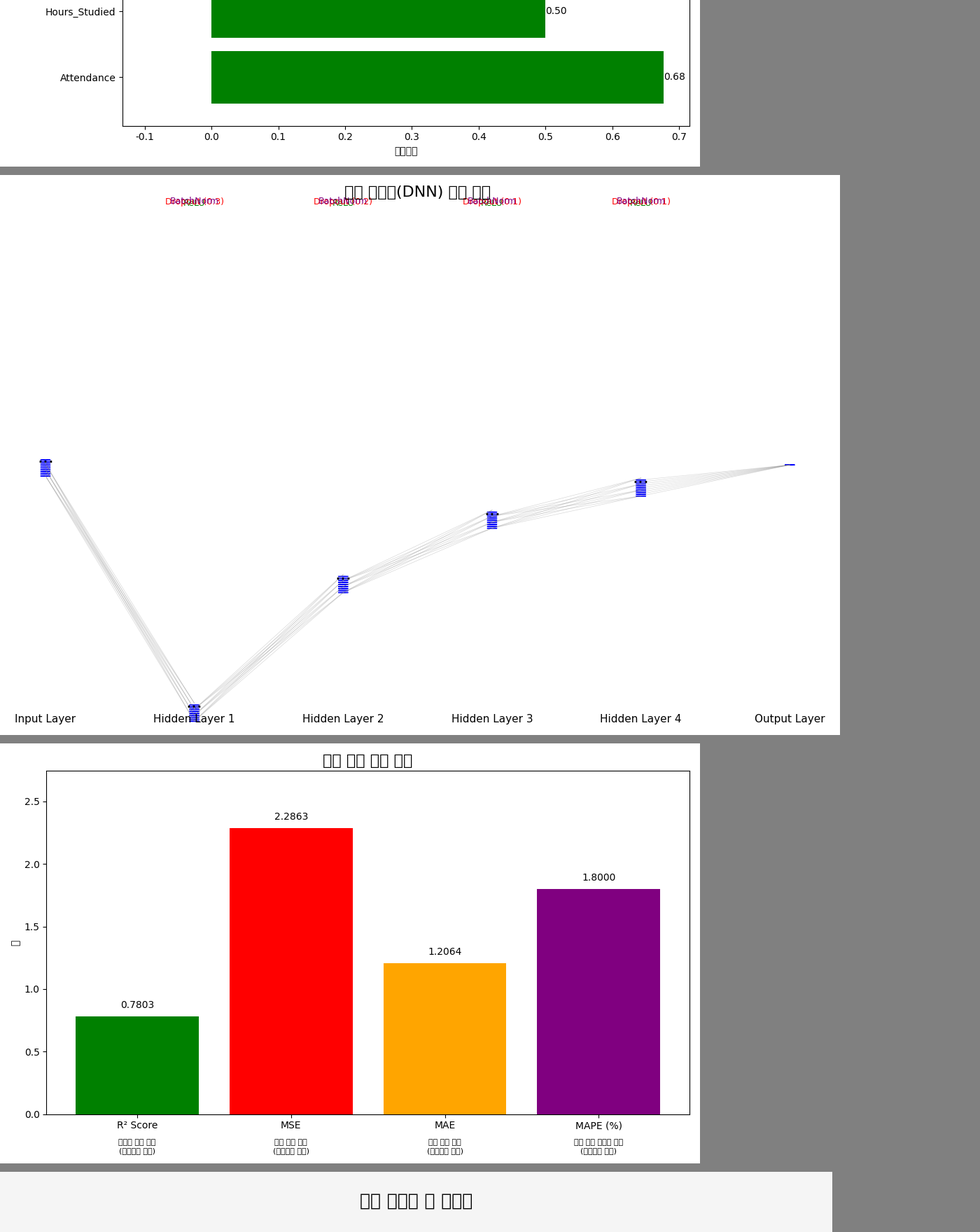
Repository: dldnwls07/BigDataStudy
Script's output: python src/visualization/create_presentation_visuals_fixed.py
These files come from the project's save history. The script's output is drawn as it stood at one moment and after the next save; the edit follows.
The pictures show rows 2754 to 4514 of an output 5830 px tall, at 70% of full size.
Each picture stacks the figures in order, with grey between them; figures that are only written to a file come last. The script is stopped after its 8th figure. Figures wider than 1,400 px are first shrunk to that width. Random numbers start from a fixed seed.

Above is the script's output before, as saved 2025-06-19 21:28:48.

### src/visualization/create_presentation_visuals_fixed.py
import pandas as pd
import matplotlib.pyplot as plt
import matplotlib.font_manager as fm
import seaborn as sns
import numpy as np
import os
import sys
import io

# 한글 출력을 위한 인코딩 설정
sys.stdout = io.TextIOWrapper(sys.stdout.buffer, encoding='utf-8')

# 한글 폰트 설정
# Windows 기본 폰트인 맑은 고딕 사용
plt.rcParams['font.family'] = 'Malgun Gothic'
plt.rcParams['axes.unicode_minus'] = False  # 마이너스 기호 깨짐 방지

# 출력 디렉토리 생성
output_dir = "output/picture/presentation"
os.makedirs(output_dir, exist_ok=True)

# 데이터 불러오기
try:
    train_data = pd.read_csv("data/processed_data/TrainFactors.csv")
    test_data = pd.read_csv("data/processed_data/TestFactors.csv")
    print("데이터 로드 완료")
except Exception as e:
    print(f"데이터 로드 중 오류 발생: {e}")

# 데이터셋 기본 통계량 시각화
def create_dataset_summary(data, output_path):
    try:
        # 수치형 변수만 선택
        numeric_data = data.select_dtypes(include=['number'])

        # 기본 통계량 계산 및 소수점 자리 제한
        stats = numeric_data.describe().T.round(3)  # 소수점 3자리로 제한
        stats['missing'] = numeric_data.isnull().sum()
        stats['dtype'] = numeric_data.dtypes

        # 컬럼 이름을 더 짧게 수정
        stats = stats.rename_axis("변수명")

        # 그림 크기 설정 (더 넓게 조정)
        plt.figure(figsize=(16, 10))
        ax = plt.subplot(111)
        ax.axis('off')

        # 테이블 생성
        table_data = stats.reset_index()
        table_cols = ['변수명', 'count', 'mean', 'std', 'min', '25%', '50%', '75%', 'max', 'missing', 'dtype']

        # 테이블 텍스트 데이터 처리 (긴 문자열 줄임 처리)
        cell_text = []
        for row in table_data[table_cols].values:
            cell_text.append([str(x)[:10] if isinstance(x, str) and len(str(x)) > 10 else x for x in row])

        table = ax.table(cellText=cell_text,
                         colLabels=table_cols,
                         loc='center',
                         cellLoc='center')

        # 테이블 스타일 설정
        table.auto_set_font_size(False)
        table.set_fontsize(8)  # 글자 크기 줄임
        table.scale(1.2, 2.0)  # 가로와 세로 비율 늘림

        # 컬럼 너비 조정
        cell_dict = table.get_celld()
        for i in range(0, len(table_cols)):
            cell_dict[(0, i)].set_height(0.15)
            cell_dict[(0, i)].set_fontsize(9)
            cell_dict[(0, i)].set_text_props(weight='bold')

        # 데이터가 10개 이상이면 일부만 표시
        max_rows = 10
        if len(table_data) > max_rows:
            plt.figtext(0.5, 0.01, f"* 전체 {len(table_data)}개 변수 중 상위 {max_rows}개만 표시됨", ha='center', fontsize=9)

        plt.title('데이터셋 기본 통계량', fontsize=16)
        plt.tight_layout(rect=[0, 0.03, 1, 0.97])  # 여백 조정
        plt.savefig(output_path, dpi=300, bbox_inches='tight')
        plt.close()
        print(f"1. 데이터셋 기본 통계량 시각화 완료: {output_path}")
    except Exception as e:
        print(f"데이터셋 기본 통계량 시각화 중 오류 발생: {e}")

# 데이터 분포 시각화
def create_distribution_plots(data, output_path):
    try:
        # 수치형 변수 선택
        numeric_cols = data.select_dtypes(include=['number']).columns

        # 변수 수에 따라 행과 열 계산
        n_cols = len(numeric_cols)
        n_rows = (n_cols // 3) + (1 if n_cols % 3 > 0 else 0)

        # 그래프 생성
        fig, axes = plt.subplots(n_rows, 3, figsize=(15, n_rows * 4))
        axes = axes.flatten()

        for i, col in enumerate(numeric_cols):
            if i < len(axes):
                sns.histplot(data[col], kde=True, ax=axes[i])
                axes[i].set_title(f'{col} 분포')
                axes[i].set_xlabel(col)
                axes[i].set_ylabel('빈도')

        # 남은 축 숨기기
        for i in range(len(numeric_cols), len(axes)):
            axes[i].axis('off')

        plt.tight_layout()
        plt.savefig(output_path, dpi=300)
        plt.close()
        print(f"2. 데이터 분포 시각화 완료: {output_path}")
    except Exception as e:
        print(f"데이터 분포 시각화 중 오류 발생: {e}")

# 데이터 처리 과정 시각화
def create_data_pipeline_visualization(output_path):
    try:
        plt.figure(figsize=(12, 6))
        ax = plt.subplot(111)

        # 파이프라인 단계들
        steps = ['원본 데이터\nStudentPerformanceFactors.csv',
                 '중요 요인 추출\nImportantFactors.csv',
                 '이상치 제거\nImportantFactors_no_outliers.csv',
                 '데이터 분할\nTrainFactors.csv\nTestFactors.csv']

        # 박스 위치
        positions = np.arange(len(steps)) * 3

        # 박스 그리기
        for i, (pos, step) in enumerate(zip(positions, steps)):
            rect = plt.Rectangle((pos, 0.5), 2, 1, facecolor='skyblue', alpha=0.8)
            ax.add_patch(rect)
            ax.text(pos + 1, 1, step, ha='center', va='center', fontsize=10)

            # 화살표 그리기
            if i < len(steps) - 1:
                ax.arrow(pos + 2.1, 1, 0.8, 0, head_width=0.1, head_length=0.1,
                         fc='black', ec='black')

        ax.set_xlim(-0.5, max(positions) + 2.5)
        ax.set_ylim(0, 2)
        ax.set_aspect('equal')
        ax.axis('off')

        plt.title('데이터 처리 파이프라인', fontsize=16)
        plt.tight_layout()
        plt.savefig(output_path, dpi=300)
        plt.close()
        print(f"3. 데이터 처리 과정 시각화 완료: {output_path}")
    except Exception as e:
        print(f"데이터 처리 과정 시각화 중 오류 발생: {e}")

# 변수 중요도 시각화
def create_feature_importance_visualization(data, output_path):
    try:
        # 범주형 변수 처리 (범주형 변수가 있을 경우에만 실행)
        categorical_cols = data.select_dtypes(include=['object']).columns

        # 데이터 복사본 생성
        data_encoded = data.copy()

        # 범주형 변수 인코딩
        for col in categorical_cols:
            if col in data.columns:
                # 범주형 변수 처리
                if col == 'Learning_Disabilities':
                    data_encoded[col] = data_encoded[col].map({'Yes': 1, 'No': 0})
                elif col in ['Parental_Involvement', 'Motivation_Level', 'Access_to_Resources']:
                    data_encoded[col] = data_encoded[col].map({'High': 2, 'Medium': 1, 'Low': 0})

        # 결측값 처리
        data_encoded = data_encoded.select_dtypes(include=['number']).fillna(0)

        # 상관관계 계산
        target = 'Exam_Score'
        if target in data_encoded.columns:
            correlations = data_encoded.corr()[target].sort_values(ascending=False)
            correlations = correlations.drop(target)  # 타겟 변수 자신 제거

            # 상위 10개 변수 선택 (또는 전체 변수가 10개 미만이면 전체 사용)
            top_count = min(10, len(correlations))
            top_correlations = correlations.abs().nlargest(top_count)
            top_features = top_correlations.index

            plt.figure(figsize=(10, 8))
            colors = ['green' if c > 0 else 'red' for c in correlations[top_features]]

            # 바 차트 생성
            bars = plt.barh(top_features, correlations[top_features], color=colors)

            # 바 위에 값 표시
            for bar in bars:
                width = bar.get_width()
                label_x_pos = width if width > 0 else width - 0.05
                plt.text(label_x_pos, bar.get_y() + bar.get_height()/2, f'{width:.2f}',
                         va='center', ha='left' if width > 0 else 'right', color='black')

            plt.title('시험 점수와 주요 변수들의 상관관계', fontsize=16)
            plt.xlabel('상관계수')
            plt.tight_layout()
            plt.savefig(output_path, dpi=300)
            plt.close()
            print(f"4. 변수 중요도 시각화 완료: {output_path}")
        else:
            print(f"타겟 변수 '{target}'가 데이터에 없습니다")
    except Exception as e:
        print(f"변수 중요도 시각화 중 오류 발생: {e}")

# 신경망 모델 구조 시각화
def create_neural_network_architecture(output_path):
    try:
        plt.figure(figsize=(12, 8))
        ax = plt.subplot(111)

        # 레이어와 노드 수 정의
        layers = [
            {'name': 'Input Layer', 'nodes': 12},  # 입력 변수 수는 데이터에 맞게 조정
            {'name': 'Hidden Layer 1', 'nodes': 256},
            {'name': 'Hidden Layer 2', 'nodes': 128},
            {'name': 'Hidden Layer 3', 'nodes': 64},
            {'name': 'Hidden Layer 4', 'nodes': 32},
            {'name': 'Output Layer', 'nodes': 1}
        ]

        # 각 레이어 위치 계산
        layer_width = 1.5
        x_positions = [i * layer_width * 2 for i in range(len(layers))]
        max_nodes = max(layer['nodes'] for layer in layers)

        # 레이어와 노드 그리기
        for i, (x, layer) in enumerate(zip(x_positions, layers)):
            # 레이어 이름
            ax.text(x, -0.5, layer['name'], ha='center', fontsize=11)

            # 노드 그리기 (일부 노드만 그리고 나머지는 생략 표시)
            max_visible_nodes = 10
            nodes_to_draw = min(layer['nodes'], max_visible_nodes)

            for j in range(nodes_to_draw):
                # 노드 위치 계산 (중앙 정렬)
                y = (max_nodes - layer['nodes']) / 2 + j
                if nodes_to_draw < layer['nodes'] and j == nodes_to_draw - 1:
                    # 생략 표시
                    ax.text(x, y, '...', ha='center', va='center', fontsize=18)
                else:
                    # 노드 그리기
                    circle = plt.Circle((x, y), 0.1, facecolor='skyblue', edgecolor='blue')
                    ax.add_patch(circle)

                # 이전 레이어와 연결선 그리기 (첫 번째 레이어 제외)
                if i > 0:
                    prev_layer = layers[i-1]
                    prev_x = x_positions[i-1]
                    prev_nodes_to_draw = min(prev_layer['nodes'], max_visible_nodes)

                    for k in range(prev_nodes_to_draw):
                        prev_y = (max_nodes - prev_layer['nodes']) / 2 + k
                        if prev_nodes_to_draw < prev_layer['nodes'] and k == prev_nodes_to_draw - 1:
                            continue  # 생략된 노드는 연결선 그리지 않음

                        # 모든 연결을 그리면 복잡해지므로 일부만 그림
                        if (j % 3 == 0 and k % 3 == 0) or (i == len(layers) - 1):
                            ax.plot([prev_x, x], [prev_y, y], 'gray', alpha=0.3, linewidth=0.5)

            # 활성화 함수와 Dropout 표시
            if 0 < i < len(layers) - 1:
                ax.text(x, max_nodes + 0.5, 'ReLU', ha='center', color='green', fontsize=9)
                ax.text(x, max_nodes + 1, f'Dropout ({0.3 if i==1 else 0.2 if i==2 else 0.1})', ha='center', color='red', fontsize=9)
                ax.text(x, max_nodes + 1.5, 'BatchNorm', ha='center', color='purple', fontsize=9)

        ax.set_xlim(-0.5, max(x_positions) + 0.5)
        ax.set_ylim(-1, max_nodes + 2)
        ax.axis('off')

        plt.title('심층 신경망(DNN) 모델 구조', fontsize=16)
        plt.tight_layout()
        plt.savefig(output_path, dpi=300)
        plt.close()
        print(f"5. 신경망 모델 구조 시각화 완료: {output_path}")
    except Exception as e:
        print(f"신경망 모델 구조 시각화 중 오류 발생: {e}")

# 모델 성능 평가 지표 시각화
def create_model_performance_visualization(output_path):
    try:
        # 성능 지표 (실제 값으로 대체)
        metrics = {
            'R² Score': 0.7803,
            'MSE': 2.2863,
            'MAE': 1.2064,
            'MAPE (%)': 1.80
        }

        plt.figure(figsize=(10, 6))

        # 바 차트 생성
        bars = plt.bar(metrics.keys(), metrics.values(), color=['green', 'red', 'orange', 'purple'])

        # 바 위에 값 표시
        for bar in bars:
            height = bar.get_height()
            plt.text(bar.get_x() + bar.get_width()/2., height + 0.05,
                    f'{height:.4f}', ha='center', va='bottom')

        plt.title('모델 성능 평가 지표', fontsize=16)
        plt.ylabel('값')
        plt.ylim(0, max(metrics.values()) * 1.2)  # 여유 공간 확보

        # 각 지표에 대한 설명 추가
        descriptions = {
            'R² Score': '설명된 분산 비율\n(높을수록 좋음)',
            'MSE': '평균 제곱 오차\n(낮을수록 좋음)',
            'MAE': '평균 절대 오차\n(낮을수록 좋음)',
            'MAPE (%)': '평균 절대 백분율 오차\n(낮을수록 좋음)'
        }

        for i, (metric, desc) in enumerate(descriptions.items()):
            plt.annotate(desc, xy=(i, 0), xytext=(i, -0.2),
                       ha='center', va='top', fontsize=8)

        plt.tight_layout()
        plt.savefig(output_path, dpi=300)
        plt.close()
        print(f"6. 모델 성능 평가 지표 시각화 완료: {output_path}")
    except Exception as e:
        print(f"모델 성능 평가 지표 시각화 중 오류 발생: {e}")

# 주요 발견점 및 시사점 인포그래픽
def create_key_findings_visualization(output_path):
    try:
        plt.figure(figsize=(12, 8))
        ax = plt.subplot(111)
        ax.axis('off')

        # 배경색 설정
        fig = plt.gcf()
        fig.patch.set_facecolor('#f5f5f5')

        # 제목
        plt.text(0.5, 0.95, '주요 발견점 및 시사점', fontsize=18, ha='center', weight='bold')

        # 주요 발견점
        findings = [
            "공부 시간은 성적과 강한 양의 상관관계 (r=0.65)",
            "이전 시험 성적은 현재 성적의 가장 강력한 예측 변수 (r=0.78)",
            "높은 학습 의욕은 성적 향상에 중요한 요소",
            "학습 자원 접근성이 높을수록 성적이 좋음",
            "부모 참여도가 높을수록 공부 시간 효율이 증가"
        ]

        # 교육적 시사점
        implications = [
            "학생 의욕 고취 및 자원 접근성 개선이 중요",
            "가정-학교 연계 프로그램 개발 필요",
            "초기 학업 부진 학생 조기 식별 및 개입",
            "맞춤형 학습 지원 시스템 개발 가능성",
            "데이터 기반 교육 의사결정의 효과 입증"
        ]

        # 왼쪽 컬럼: 주요 발견점
        plt.text(0.25, 0.85, '주요 발견점', fontsize=14, ha='center', weight='bold')
        for i, finding in enumerate(findings):
            y_pos = 0.8 - i * 0.07
            plt.text(0.05, y_pos, f"• {finding}", fontsize=11, ha='left')

        # 오른쪽 컬럼: 교육적 시사점
        plt.text(0.75, 0.85, '교육적 시사점', fontsize=14, ha='center', weight='bold')
        for i, implication in enumerate(implications):
            y_pos = 0.8 - i * 0.07
            plt.text(0.55, y_pos, f"• {implication}", fontsize=11, ha='left')

        # 하단: 모델 성능 요약
        plt.text(0.5, 0.45, '모델 성능', fontsize=14, ha='center', weight='bold')
        plt.text(0.5, 0.4, 'R² = 0.78, MAPE = 1.80%의 높은 예측 정확도', fontsize=12, ha='center')

        # 분할선
        plt.axhline(y=0.5, xmin=0.05, xmax=0.95, color='gray', alpha=0.3, linestyle='-')
        plt.axvline(x=0.5, ymin=0.55, ymax=0.9, color='gray', alpha=0.3, linestyle='-')

        # 결론
        plt.text(0.5, 0.35, '결론', fontsize=14, ha='center', weight='bold')
        plt.text(0.5, 0.3, '학생 성적은 다양한 요인들의 복합적 영향을 받으며,', fontsize=11, ha='center')
        plt.text(0.5, 0.25, '이를 통합적으로 고려한 데이터 기반 교육 지원이 필요하다.', fontsize=11, ha='center')
        plt.text(0.5, 0.2, '심층 신경망 기반 예측 모델은 학생 성취도 예측에 높은 정확도를 보여,', fontsize=11, ha='center')
        plt.text(0.5, 0.15, '개인화된 학습 지원 시스템 구축의 가능성을 제시한다.', fontsize=11, ha='center')

        plt.tight_layout()
        plt.savefig(output_path, dpi=300, bbox_inches='tight')
        plt.close()
        print(f"7. 주요 발견점 및 시사점 인포그래픽 완료: {output_path}")
    except Exception as e:
        print(f"주요 발견점 및 시사점 인포그래픽 생성 중 오류 발생: {e}")

# 학습 데이터와 테스트 데이터의 분포 비교
def create_train_test_distribution_comparison(train_data, test_data, output_path):
    try:
        plt.figure(figsize=(10, 6))

        # 히스토그램 그리기
        plt.hist(train_data['Exam_Score'], bins=20, alpha=0.5, label='학습 데이터', color='blue')
        plt.hist(test_data['Exam_Score'], bins=20, alpha=0.5, label='테스트 데이터', color='orange')

        plt.title('학습 데이터와 테스트 데이터의 시험 점수 분포 비교', fontsize=14)
        plt.xlabel('시험 점수')
        plt.ylabel('빈도')
        plt.legend()
        plt.grid(True, alpha=0.3)

        plt.tight_layout()
        plt.savefig(output_path, dpi=300)
        plt.close()
        print(f"8. 학습/테스트 데이터 분포 비교 완료: {output_path}")
    except Exception as e:
        print(f"학습/테스트 데이터 분포 비교 생성 중 오류 발생: {e}")

# 실행
if __name__ == "__main__":
    try:
        # 1. 데이터셋 기본 통계량
        create_dataset_summary(train_data, f"{output_dir}/dataset_summary.png")

        # 2. 변수 분포 히스토그램
        create_distribution_plots(train_data, f"{output_dir}/variable_distributions.png")

        # 3. 데이터 처리 과정 시각화
        create_data_pipeline_visualization(f"{output_dir}/data_pipeline.png")

        # 4. 변수 중요도 시각화
        create_feature_importance_visualization(train_data, f"{output_dir}/feature_importance.png")

        # 5. 신경망 구조 시각화
        create_neural_network_architecture(f"{output_dir}/neural_network_architecture.png")

        # 6. 모델 성능 평가 지표
        create_model_performance_visualization(f"{output_dir}/model_performance.png")

        # 7. 주요 발견점 및 시사점
        create_key_findings_visualization(f"{output_dir}/key_findings.png")

        # 8. 학습/테스트 데이터 분포 비교
        create_train_test_distribution_comparison(train_data, test_data, f"{output_dir}/train_test_distribution.png")

        print("모든 시각화 생성 완료!")
    except Exception as e:
        print(f"실행 중 오류 발생: {e}")

Loaded but not shown: data/processed_data/TrainFactors.csv (5203 lines, source omitted); data/processed_data/TestFactors.csv (1302 lines, source omitted)

After the next save:
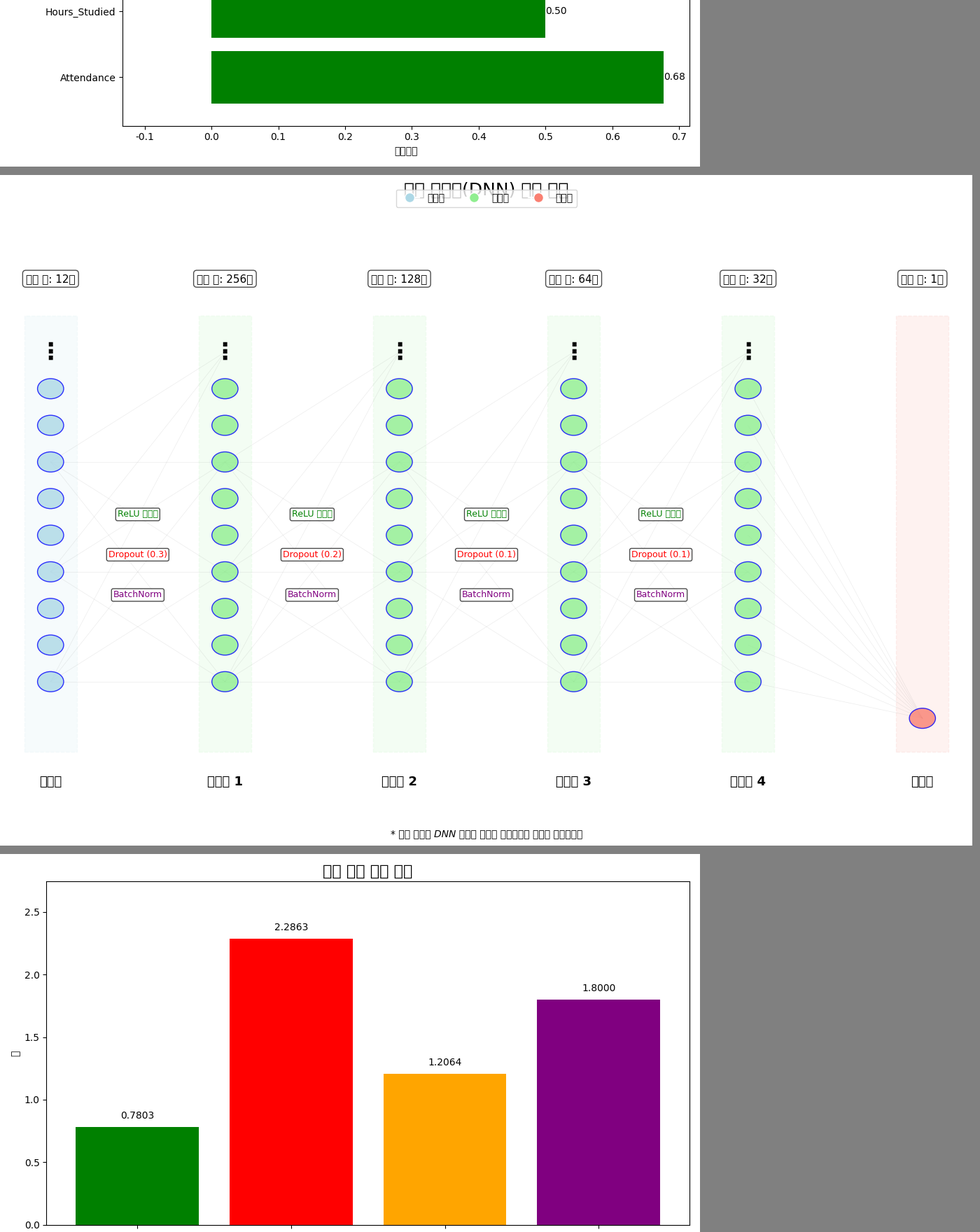
Saved 90 s later.
--- a/src/visualization/create_presentation_visuals_fixed.py
+++ b/src/visualization/create_presentation_visuals_fixed.py
@@ -215,42 +215,67 @@ def create_feature_importance_visualization(data, output_path):
 # 신경망 모델 구조 시각화
 def create_neural_network_architecture(output_path):
     try:
-        plt.figure(figsize=(12, 8))
+        plt.figure(figsize=(14, 10))  # 더 큰 그림 크기
         ax = plt.subplot(111)
 
         # 레이어와 노드 수 정의
         layers = [
-            {'name': 'Input Layer', 'nodes': 12},  # 입력 변수 수는 데이터에 맞게 조정
-            {'name': 'Hidden Layer 1', 'nodes': 256},
-            {'name': 'Hidden Layer 2', 'nodes': 128},
-            {'name': 'Hidden Layer 3', 'nodes': 64},
-            {'name': 'Hidden Layer 4', 'nodes': 32},
-            {'name': 'Output Layer', 'nodes': 1}
+            {'name': '입력층', 'nodes': 12, 'color': 'lightblue'},  # 입력 변수 수는 데이터에 맞게 조정
+            {'name': '은닉층 1', 'nodes': 256, 'color': 'lightgreen'},
+            {'name': '은닉층 2', 'nodes': 128, 'color': 'lightgreen'},
+            {'name': '은닉층 3', 'nodes': 64, 'color': 'lightgreen'},
+            {'name': '은닉층 4', 'nodes': 32, 'color': 'lightgreen'},
+            {'name': '출력층', 'nodes': 1, 'color': 'salmon'}
         ]
 
-        # 각 레이어 위치 계산
-        layer_width = 1.5
+        # 각 레이어 위치 계산 (수평 간격 확대)
+        layer_width = 2.0  # 레이어 간 간격 증가
         x_positions = [i * layer_width * 2 for i in range(len(layers))]
-        max_nodes = max(layer['nodes'] for layer in layers)
-
-        # 레이어와 노드 그리기
+
+        # 노드 표시를 위한 높이 계산
+        max_visible_nodes = 10  # 실제로 그릴 최대 노드 수
+
+        # 일관된 간격을 위해 고정된 높이 사용
+        display_height = 12  # 고정된 표시 높이
+        node_radius = 0.3    # 노드 크기 증가
+
+        # 레이어별 박스 그리기
         for i, (x, layer) in enumerate(zip(x_positions, layers)):
-            # 레이어 이름
-            ax.text(x, -0.5, layer['name'], ha='center', fontsize=11)
+            # 레이어 이름 (아래에 배치)
+            ax.text(x, -2.0, layer['name'], ha='center', fontsize=13, weight='bold')
+
+            # 레이어 배경박스 그리기 (옵션)
+            box_width = 1.2
+            box_height = display_height + 1
+            rect = plt.Rectangle((x-box_width/2, -1), box_width, box_height,
+                                fill=True, alpha=0.1, color=layer['color'],
+                                edgecolor='gray', linestyle='--')
+            ax.add_patch(rect)
+
+            # 노드 수 텍스트 표시
+            ax.text(x, display_height + 1, f'노드 수: {layer["nodes"]}개',
+                    ha='center', fontsize=11, bbox=dict(facecolor='white', alpha=0.7, boxstyle='round,pad=0.3'))
 
             # 노드 그리기 (일부 노드만 그리고 나머지는 생략 표시)
-            max_visible_nodes = 10
             nodes_to_draw = min(layer['nodes'], max_visible_nodes)
 
+            # 노드 간 간격 계산 (더 넓게)
+            if nodes_to_draw <= 1:
+                spacing = 0
+            else:
+                spacing = display_height / (nodes_to_draw + 1)
+
             for j in range(nodes_to_draw):
-                # 노드 위치 계산 (중앙 정렬)
-                y = (max_nodes - layer['nodes']) / 2 + j
+                # 노드 위치 계산 (균등 간격)
+                y = spacing * (j + 1)
+
                 if nodes_to_draw < layer['nodes'] and j == nodes_to_draw - 1:
                     # 생략 표시
-                    ax.text(x, y, '...', ha='center', va='center', fontsize=18)
+                    ax.text(x, y, '⋮', ha='center', va='center', fontsize=24, weight='bold')
                 else:
-                    # 노드 그리기
-                    circle = plt.Circle((x, y), 0.1, facecolor='skyblue', edgecolor='blue')
+                    # 노드 그리기 (크기 증가)
+                    circle = plt.Circle((x, y), node_radius, facecolor=layer['color'],
+                                      edgecolor='blue', alpha=0.8, zorder=10)
                     ax.add_patch(circle)
 
                 # 이전 레이어와 연결선 그리기 (첫 번째 레이어 제외)
@@ -259,28 +284,57 @@ def create_neural_network_architecture(output_path):
                     prev_x = x_positions[i-1]
                     prev_nodes_to_draw = min(prev_layer['nodes'], max_visible_nodes)
 
+                    # 이전 레이어 노드 간격 계산
+                    if prev_nodes_to_draw <= 1:
+                        prev_spacing = 0
+                    else:
+                        prev_spacing = display_height / (prev_nodes_to_draw + 1)
+
                     for k in range(prev_nodes_to_draw):
-                        prev_y = (max_nodes - prev_layer['nodes']) / 2 + k
+                        prev_y = prev_spacing * (k + 1)
+
                         if prev_nodes_to_draw < prev_layer['nodes'] and k == prev_nodes_to_draw - 1:
                             continue  # 생략된 노드는 연결선 그리지 않음
 
                         # 모든 연결을 그리면 복잡해지므로 일부만 그림
-                        if (j % 3 == 0 and k % 3 == 0) or (i == len(layers) - 1):
-                            ax.plot([prev_x, x], [prev_y, y], 'gray', alpha=0.3, linewidth=0.5)
-
-            # 활성화 함수와 Dropout 표시
+                        if (j % 3 == 0 and k % 3 == 0) or (i == len(layers) - 1) or (nodes_to_draw <= 3):
+                            ax.plot([prev_x, x], [prev_y, y], 'gray', alpha=0.15, linewidth=0.5, zorder=1)
+
+            # 활성화 함수와 Dropout 표시 (별도의 텍스트 박스로)
             if 0 < i < len(layers) - 1:
-                ax.text(x, max_nodes + 0.5, 'ReLU', ha='center', color='green', fontsize=9)
-                ax.text(x, max_nodes + 1, f'Dropout ({0.3 if i==1 else 0.2 if i==2 else 0.1})', ha='center', color='red', fontsize=9)
-                ax.text(x, max_nodes + 1.5, 'BatchNorm', ha='center', color='purple', fontsize=9)
-
-        ax.set_xlim(-0.5, max(x_positions) + 0.5)
-        ax.set_ylim(-1, max_nodes + 2)
+                params = [
+                    {'text': 'ReLU 활성화', 'color': 'green', 'y_offset': 0},
+                    {'text': f'Dropout ({0.3 if i==1 else 0.2 if i==2 else 0.1})', 'color': 'red', 'y_offset': -1.2},
+                    {'text': 'BatchNorm', 'color': 'purple', 'y_offset': -2.4}
+                ]
+
+                for param in params:
+                    # 레이어 사이에 텍스트 배치
+                    mid_x = (x_positions[i-1] + x) / 2
+                    ax.text(mid_x, display_height/2 + param['y_offset'], param['text'],
+                            ha='center', color=param['color'], fontsize=9,
+                            bbox=dict(facecolor='white', alpha=0.7, boxstyle='round,pad=0.2'),
+                            rotation=0, zorder=20)
+
+        ax.set_xlim(-1.0, max(x_positions) + 1.0)
+        ax.set_ylim(-3.0, display_height + 3)
         ax.axis('off')
 
-        plt.title('심층 신경망(DNN) 모델 구조', fontsize=16)
-        plt.tight_layout()
-        plt.savefig(output_path, dpi=300)
+        # 범례 추가
+        legend_elements = [
+            plt.Line2D([0], [0], marker='o', color='w', markerfacecolor='lightblue', markersize=10, label='입력층'),
+            plt.Line2D([0], [0], marker='o', color='w', markerfacecolor='lightgreen', markersize=10, label='은닉층'),
+            plt.Line2D([0], [0], marker='o', color='w', markerfacecolor='salmon', markersize=10, label='출력층')
+        ]
+        ax.legend(handles=legend_elements, loc='upper center', ncol=3, frameon=True, bbox_to_anchor=(0.5, 1.05))
+
+        # 추가 설명
+        plt.figtext(0.5, 0.02, '* 실제 구현된 DNN 모델의 구조를 간략화하여 표현한 다이어그램',
+                  ha='center', fontsize=10, style='italic')
+
+        plt.title('심층 신경망(DNN) 모델 구조', fontsize=18, pad=20)
+        plt.tight_layout(rect=[0, 0.03, 1, 0.97])  # 여백 조정
+        plt.savefig(output_path, dpi=300, bbox_inches='tight')
         plt.close()
         print(f"5. 신경망 모델 구조 시각화 완료: {output_path}")
     except Exception as e:
